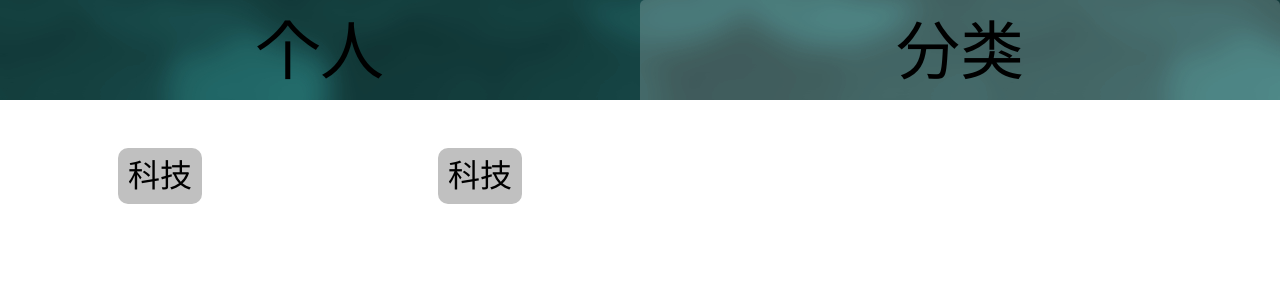
Repository: aoandxie/AoNews
Page: AoNews/WebContent/classify.html
These files come from the project's save history. The page is drawn as it stood at one moment and after the next save; the edit follows.
The browser window is 1280 px wide. The pictures show the whole page.

Above is the page before, as saved 2017-03-05 16:05:24.

After the next save:
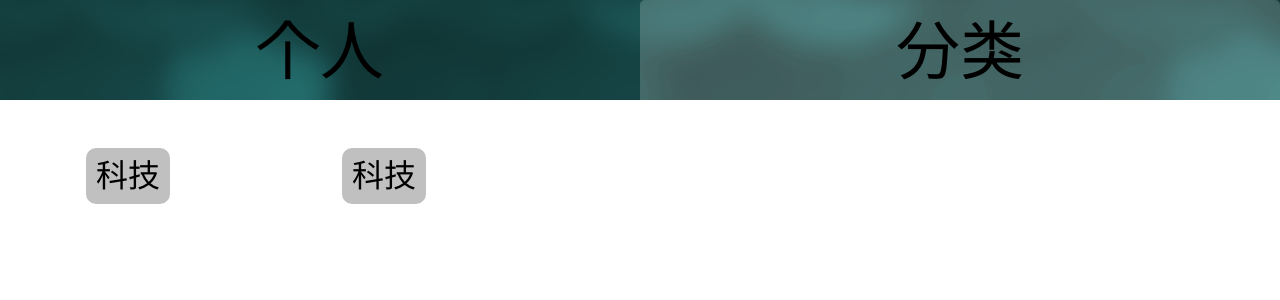
Saved 7 s later.
--- a/AoNews/WebContent/common_style.css
+++ b/AoNews/WebContent/common_style.css
@@ -119,7 +119,7 @@ a{
 
 .ClassBox{
 	float: left;
-	width: 25%;
+	width: 20%;
 }
 
 .ClassBox a{
